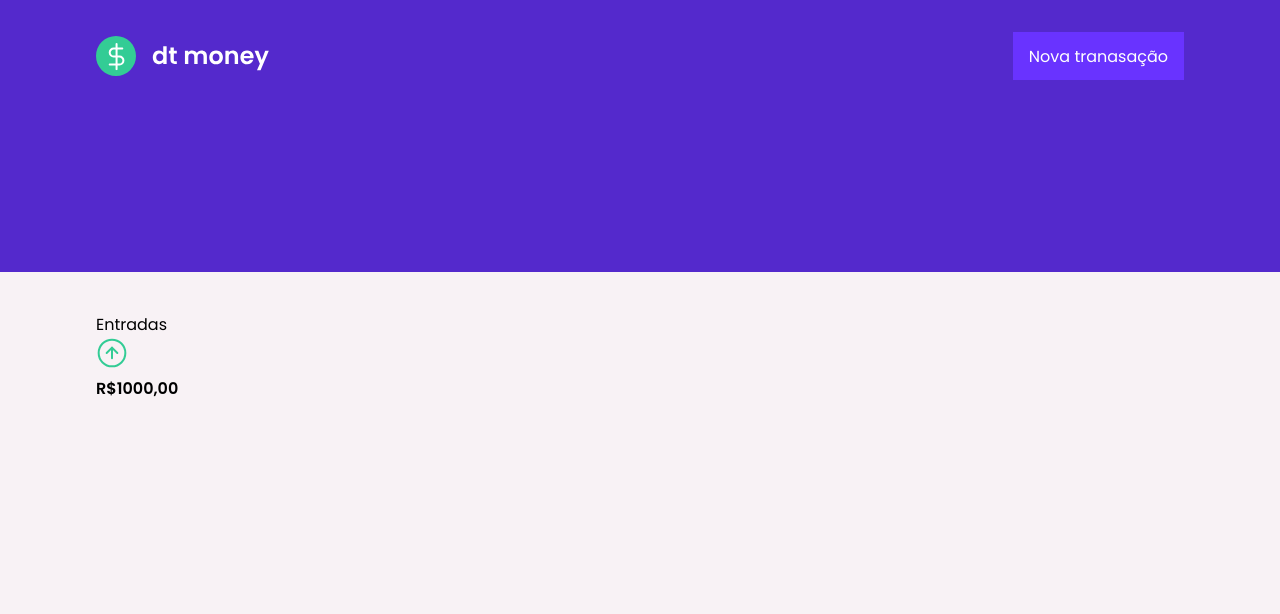
Repository: soualexandre/dtmoney
Page: /
An editor plug-in stored every save of this project. The page is shown before and after the next save, followed by the edit.
The browser window is 1280 px wide. The pictures show the whole page.
The project was rebuilt for these pictures with package versions that can differ from the ones it lists, and the page was loaded fresh each time.

Above is the page before, as saved 2021-07-13 09:56:06.

### public/index.html
<!DOCTYPE html>
<html lang="en">
  <head>
    <link rel="preconnect" href="https://fonts.googleapis.com">
    <link rel="preconnect" href="https://fonts.gstatic.com" crossorigin>
    <meta charset="utf-8" />
    <meta name="viewport" content="width=device-width, initial-scale=1" />
    <link href="https://fonts.googleapis.com/css2?family=Poppins:wght@400;600&display=swap" rel="stylesheet">
    <link rel="stylesheet" href="favicon.png" type="image/png">
    <title>DtMoney</title>
  </head>
  <body>
    <noscript>You need to enable JavaScript to run this app.</noscript>
    <div id="root"></div>
  </body>
</html>

### src/App.tsx
import { Dashboard } from './components/Dashboard';
import { Header } from './components/Header';
import {GlobalStyle} from './styles/global'

export function App() {
  return (
    <>
      <Header/>
      <Dashboard/>
      <GlobalStyle/>
    </>
  );
}

### src/components/Dashboard/index.tsx
import { Sumary } from "../Sumary";
import { Container } from "./styles";


export function Dashboard(){
    return(
       <Container>
          <Sumary/>
       </Container>
    );
}

### src/components/Header/index.tsx
import LogoImg from '../../assets/logo.svg'
import {Container, Content} from './styles'

export function Header(){
    return(
        <Container>
            <Content>
            <img src={LogoImg} alt="dtMoney" />
            <button type="button">
                Nova tranasação
            </button>
            </Content>
        </Container>
    );
}

### src/styles/global.ts
import { createGlobalStyle } from 'styled-components'


export const GlobalStyle = createGlobalStyle`

    :root{
        --background: #f8f2f5;

        --red: #e52e40;
        --blue: #5429cc;

        --blue-light: #6933ff;

        --text-title: #363f5f;
        --text-body: #969cb3;

        --shape: #ffffff;

    }

    *{
        margin: 0;
        padding: 0;
        box-sizing: border-box;
    }
    html{
        @media (max-width: 1080px){
            font-size: 93.5%;
        }

    }

    body{
        background: var(--background);
        -webkit-font-smoothing: antialiased;
    }

    body, input, textarea, button{
        font-family: 'Poppins', sans-serif;
        font-weight: 400;
    }

    h1, h2, h3, h4, h5, h6, strong{
        font-weight: 600;
    }

    button{
        cursor: pointer;
    }
    [disable]{
        opacity: 0.6;
        cursor: not-allowed;
    }

`;

### src/components/Sumary/index.tsx
import {Container} from './styles'
import iconImg from '../../assets/income.svg'
export function Sumary(){
    return(
        <Container>
            <div>
                <header>
                    <p>Entradas</p>
                    <img src={iconImg} alt="" />
                </header>
                <strong>R$1000,00</strong>
            </div>
        </Container>
    );
}

### src/components/Dashboard/styles.ts
import styled from 'styled-components'

export const Container = styled.header`
    max-width: 1120PX;
    margin:0 auto;
    padding: 2.5rem 1rem;



`;

### src/components/Header/styles.ts
import styled from 'styled-components'

export const Container = styled.header`
    background: var(--blue);

`;
export const Content = styled.header`
    background: var(--blue);
    max-width: 1120px;
    margin: 0 auto;
    padding: 2rem 1rem 12rem;

    display: flex;
    align-items: center;
    justify-content: space-between;
    button{
        font-size: 1rem;
        color: #fff;
        background: var(--blue-light);
        border: 0;
        padding:0.2rem;
        padding-left: 1rem;
        padding-right: 1rem;
        height: 3rem;

        transition: filter 0.2s;
        &:hover{
            filter: brightness(0.9);
        }

    }
`;

### src/components/Sumary/styles.ts
import styled from 'styled-components'


export const Container = styled.div`

`;

Loaded but not shown: src/index.tsx (common file)

After the next save:
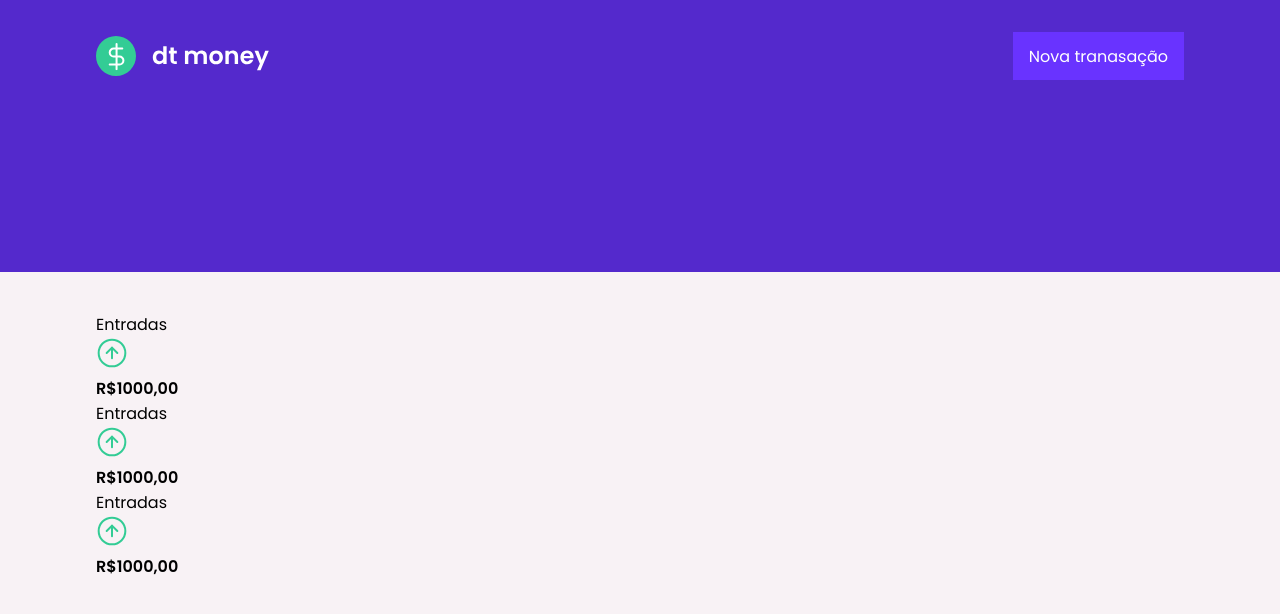
Saved 29 s later.
--- a/src/components/Sumary/index.tsx
+++ b/src/components/Sumary/index.tsx
@@ -10,6 +10,20 @@
                 </header>
                 <strong>R$1000,00</strong>
             </div>
+            <div>
+                <header>
+                    <p>Entradas</p>
+                    <img src={iconImg} alt="" />
+                </header>
+                <strong>R$1000,00</strong>
+            </div>
+            <div>
+                <header>
+                    <p>Entradas</p>
+                    <img src={iconImg} alt="" />
+                </header>
+                <strong>R$1000,00</strong>
+            </div>
         </Container>
     );
 }
